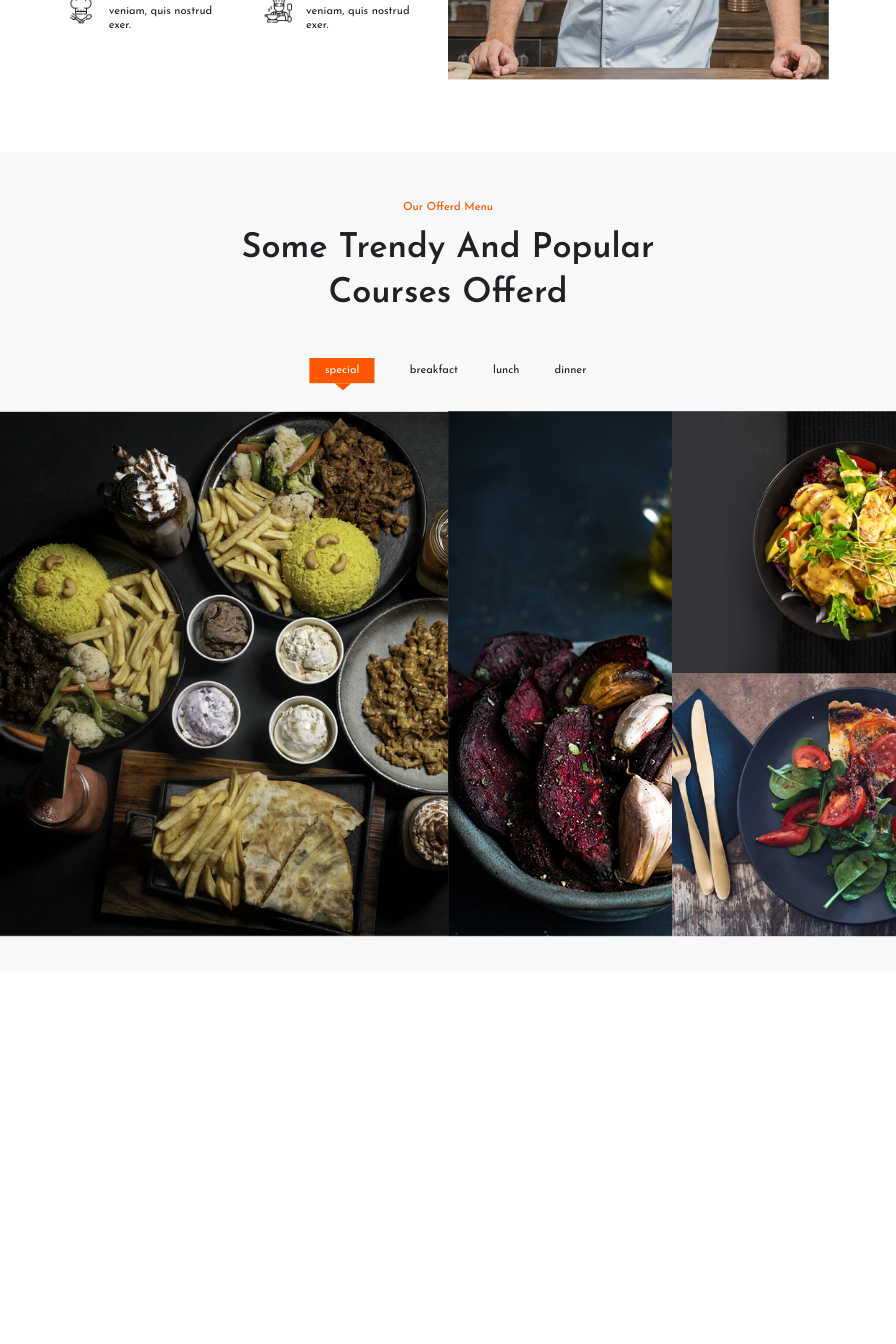
Repository: Ebtehal18/food
Page: index.html
The author's editor kept a copy of each file at every save. The page is drawn from the files as they stood at one save, then again after the next save.
The browser window is 1280 px wide. The pictures show the part of the page from y = 1719 to 3639 px (the page is 10000 px tall), at 70% of full size.

Above is the page before, as saved 2024-01-18 15:04:35.

After the next save:
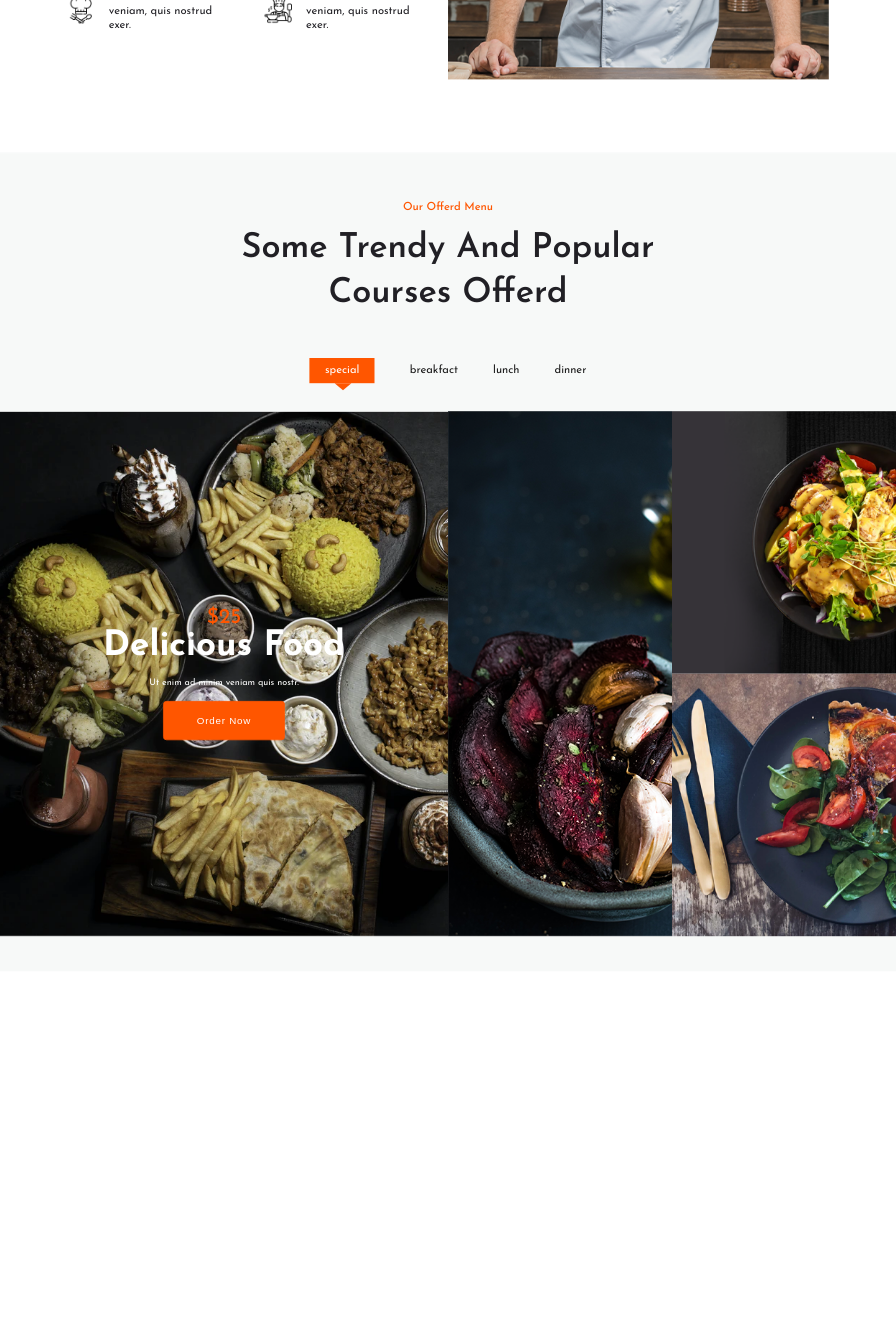
Saved 17 s later.
--- a/asessets/css/style.css
+++ b/asessets/css/style.css
@@ -540,7 +540,7 @@
  -moz-transition:all 0.3s ease-in ;
  -ms-transition:all 0.3s ease-in ;
  -o-transition:all 0.3s ease-in ;
- bottom: -750px;
+ /* bottom: -750px; */
 }
 .menu .grid-menu .menu-img .overlay::before{
   content: "";

After the 2 saves that followed:
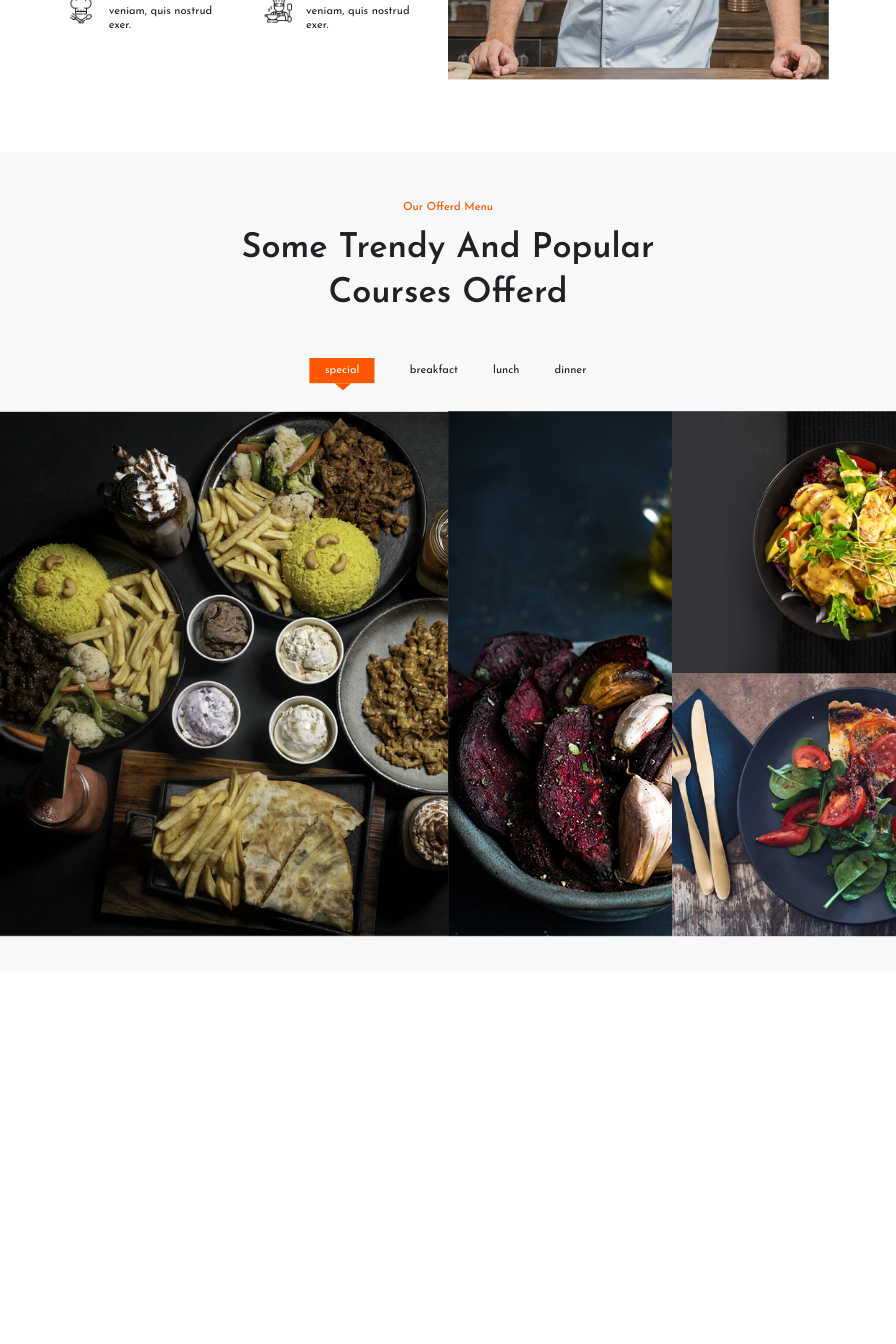
The 2 saves are shown as one change because 1 left the picture as it was.
The last was saved 3 min 24 s later.
--- a/asessets/css/style.css
+++ b/asessets/css/style.css
@@ -533,25 +533,16 @@
  position: absolute;
  z-index: 1;
  text-align: center;
- /*background-color: rgba(0, 0, 0, 0.4);
- *//*opacity: 0;
- */transition:all 0.3s ease-in ;
+  background-color: rgba(0, 0, 0, 0.4);
+ /* opacity: 0; */
+ transition:all 0.3s ease-in ;
  -webkit-transition:all 0.3s ease-in ;
  -moz-transition:all 0.3s ease-in ;
  -ms-transition:all 0.3s ease-in ;
  -o-transition:all 0.3s ease-in ;
- /* bottom: -750px; */
-}
-.menu .grid-menu .menu-img .overlay::before{
-  content: "";
-  position: absolute;
-  width: 100%;
-  height: 100%;
-  background-color: rgba(0, 0, 0, 0.6);
-  opacity: 0;
-}
-.menu .grid-menu .menu-img:hover .overlay,
-.menu .grid-menu .menu-img:hover .overlay::before{
+ bottom: -750px;
+}
+.menu .grid-menu .menu-img:hover .overlay{
   bottom: 0;
   opacity: 1;
 }
